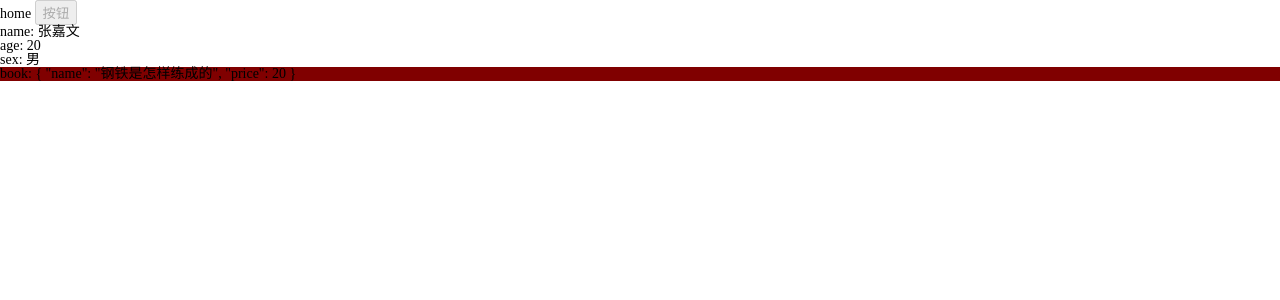
Repository: 596178924/vue3-ts-app
Page: /
These files come from the project's save history. The page is drawn as it stood at one moment and after the next save; the edit follows.
The browser window is 1280 px wide. The pictures show the whole page.
The project was rebuilt for these pictures with package versions that can differ from the ones it lists, and the page was loaded fresh each time. Also part of the build but not shown: vite.config.ts.

Above is the page before, as saved 2022-11-09 16:26:32.

### index.html
<!DOCTYPE html>
<html lang="zh">

<head>
  <meta charset="UTF-8" />
  <link rel="icon" type="image/svg+xml" href="/vite.svg" />
  <meta name="viewport" content="width=device-width, initial-scale=1.0" />
  <title>
    ts
  </title>
</head>

<body>
  <noscript>
    <strong>We're sorry but this doesn't work properly without JavaScript enabled.
        Please enable it to continue.</strong>
  </noscript>
  <div id="app"></div>
  <script type="module" src="/src/main.ts"></script>
</body>

</html>

### src/main.ts
import { createApp } from 'vue';
import AppElement from './App.vue'
import pluginInstall from "@/plugins"
import Router from "@/router"

(() => {
    const app = createApp(AppElement);
    app.use(pluginInstall);
    app.use(Router);
    app.mount('#app');
})()

### src/App.vue
<style lang="less">
@import '@/styles/index.less';
</style>

<template>
	<router-view></router-view>
</template>

<script setup lang="ts">
</script>

### src/plugins/index.ts
import { App } from "@vue/runtime-core";
import piniaInstall from "@/store";
export default function install(app: App) {
	app.use(piniaInstall);
}

### src/router/index.ts
import { createRouter, createWebHistory } from 'vue-router';
import routes from "./routes"
const router = createRouter({
    history: createWebHistory(),
    routes,
});

export default router;

### src/styles/index.less
@import './resetCss.less';

### src/styles/resetCss.less
/* http://meyerweb.com/eric/tools/css/reset/
   v2.0 | 20110126
   License: none (public domain)
*/
html, body, div, span, applet, object, iframe,
h1, h2, h3, h4, h5, h6, p, blockquote, pre,
a, abbr, acronym, address, big, cite, code,
del, dfn, em, img, ins, kbd, q, s, samp,
small, strike, strong, sub, sup, tt, var,
b, u, i, center,
dl, dt, dd, ol, ul, li,
fieldset, form, label, legend,
table, caption, tbody, tfoot, thead, tr, th, td,
article, aside, canvas, details, embed,
figure, figcaption, footer, header, hgroup,
menu, nav, output, ruby, section, summary,
time, mark, audio, video {
	margin: 0;
	padding: 0;
	border: 0;
	font: inherit;
	vertical-align: baseline;
}
/* HTML5 display-role reset for older browsers */
article, aside, details, figcaption, figure,
footer, header, hgroup, menu, nav, section {
	display: block;
}
body {
	line-height: 1;
	font-size: 14px;
}
ol, ul {
	list-style: none;
}
blockquote, q {
	quotes: none;
}
blockquote:before, blockquote:after,
q:before, q:after {
	content: '';
	content: none;
}
table {
	border-collapse: collapse;
	border-spacing: 0;
}

### src/store/index.ts
import { createPinia } from 'pinia'
// import piniaPluginPersist from 'pinia-plugin-persist'
const store = createPinia()
// store.use(piniaPluginPersist)
export default store

### src/router/routes.ts
import {  RouteRecordRaw } from 'vue-router';

const routes: Array<RouteRecordRaw> = [
    {
        path: '/',
        name: 'Home',
        component: ()=> import('@v/home/index.vue'),
    }
]

export default routes

### src/views/home/index.vue
<template>
	<div>
		home
		<button disabled>按钮</button>
		<p>name: {{ name }}</p>
		<p>age: {{ age }}</p>
		<p>sex: {{ sex }}</p>
		<p class="test">book: {{ book }}</p>

	</div>
</template>

<script setup lang="ts">
import { ref, Ref } from "@vue/reactivity";
interface Book {
	name: String;
	price: Number;
}
const name: Ref<String> = ref("张嘉文");
const age = ref<Number>(20);
const sex = ref("男") as Ref<String>;
const book = ref<Book>({
	name: "钢铁是怎样练成的",
	price: 20,
});
</script>

<style lang="less" scoped>
// @selectors: blue, green, red;

// each(@selectors, {
//   .color-@{value} {
//     color: @value;
//   }
// });
.test {
	background-color: mix(#ff0000, #000, 50%)
}
</style>

After the next save:
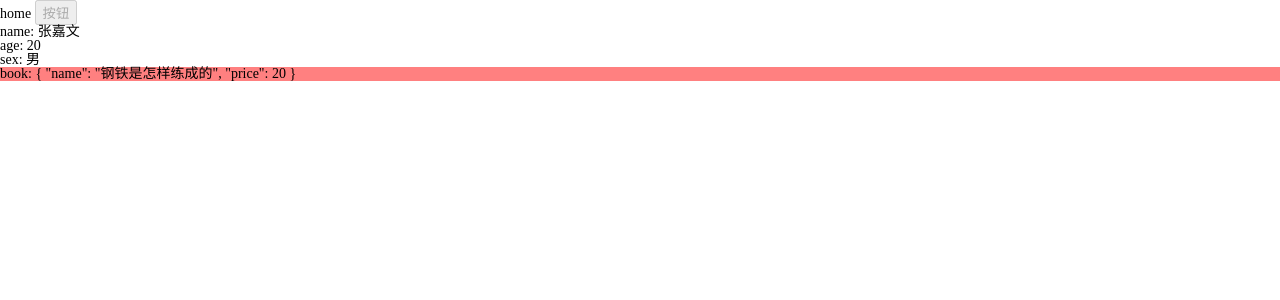
Saved 6 s later.
--- a/src/views/home/index.vue
+++ b/src/views/home/index.vue
@@ -34,6 +34,6 @@ const book = ref<Book>({
 //   }
 // });
 .test {
-	background-color: mix(#ff0000, #000, 50%)
+	background-color: mix(#ff0000, #fff, 50%)
 }
 </style>
